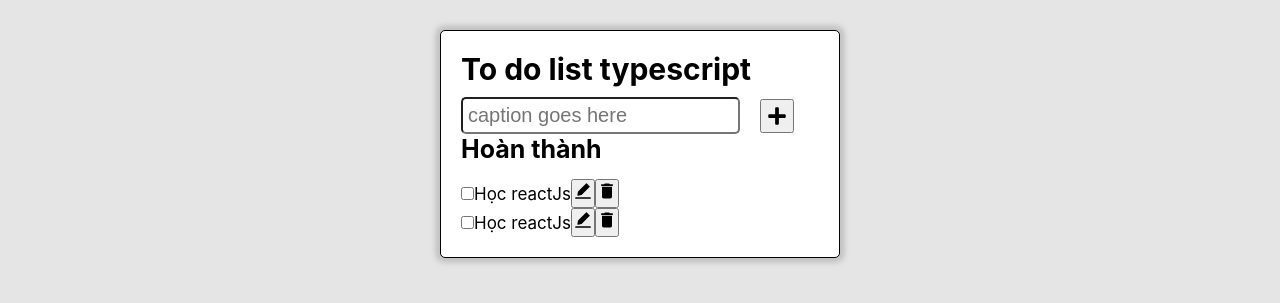
Repository: Nhatktvn/TodoListReactTs
Page: /
These files come from the project's save history. The page is drawn as it stood at one moment and after the next save; the edit follows.
The browser window is 1280 px wide. The pictures show the whole page.
The project was rebuilt for these pictures with package versions that can differ from the ones it lists, and the page was loaded fresh each time.

Above is the page before, as saved 2023-11-08 09:00:18.

After the next save:
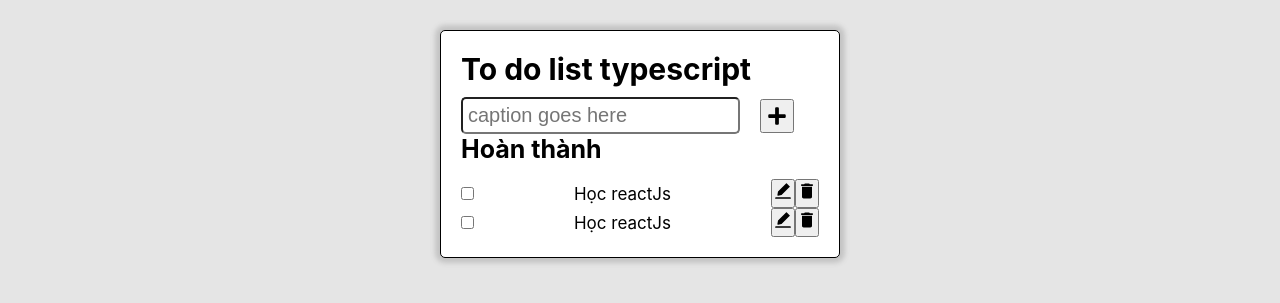
Saved 20 s later.
--- a/src/components/TaskList/tasklist.module.scss
+++ b/src/components/TaskList/tasklist.module.scss
@@ -8,7 +8,7 @@
       font-size: 1.7rem;
     }
     display: flex;
-    justify-content: left;
+    justify-content: space-between;
     align-items: center;
   }
 }

After the save that followed:
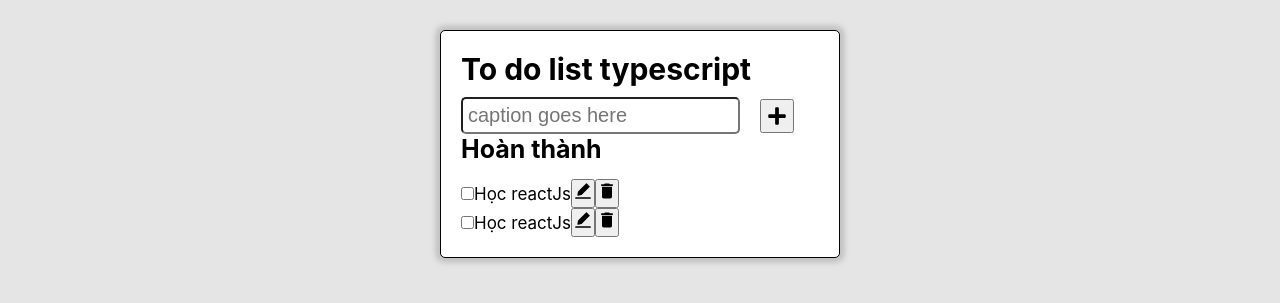
Saved 2 min 1 s later.
--- a/src/components/TaskList/tasklist.module.scss
+++ b/src/components/TaskList/tasklist.module.scss
@@ -8,7 +8,7 @@
       font-size: 1.7rem;
     }
     display: flex;
-    justify-content: space-between;
+    justify-content: flex-start;
     align-items: center;
   }
 }
